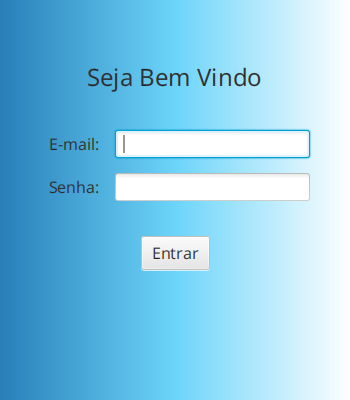
Repository: vitmac1/eclipse-workspace-project
Program's window: java exercicios-javafx/src/fxml/AppFXML.java
The author's editor kept a copy of each file at every save. The program's window is drawn from the files as they stood at one save, then again after the next save.
It runs on Java 21 on a 1366 x 768 screen with JavaFX 11; the title bar is not drawn.

Above is the program's window before, as saved 2022-10-21 20:05:53.

After the next save:
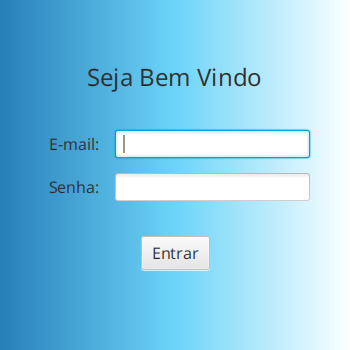
Saved 13 s later.
--- a/exercicios-javafx/src/fxml/AppFXML.java
+++ b/exercicios-javafx/src/fxml/AppFXML.java
@@ -16,7 +16,7 @@
 		URL arquivoFXML = getClass().getResource("/fxml/Login.fxml");
 		GridPane raiz = FXMLLoader.load(arquivoFXML);
 
-		Scene cena = new Scene(raiz, 350, 400);
+		Scene cena = new Scene(raiz, 350, 350);
 		cena.getStylesheets().add(arquivoCSS);
 
 		primaryStage.setResizable(false);
